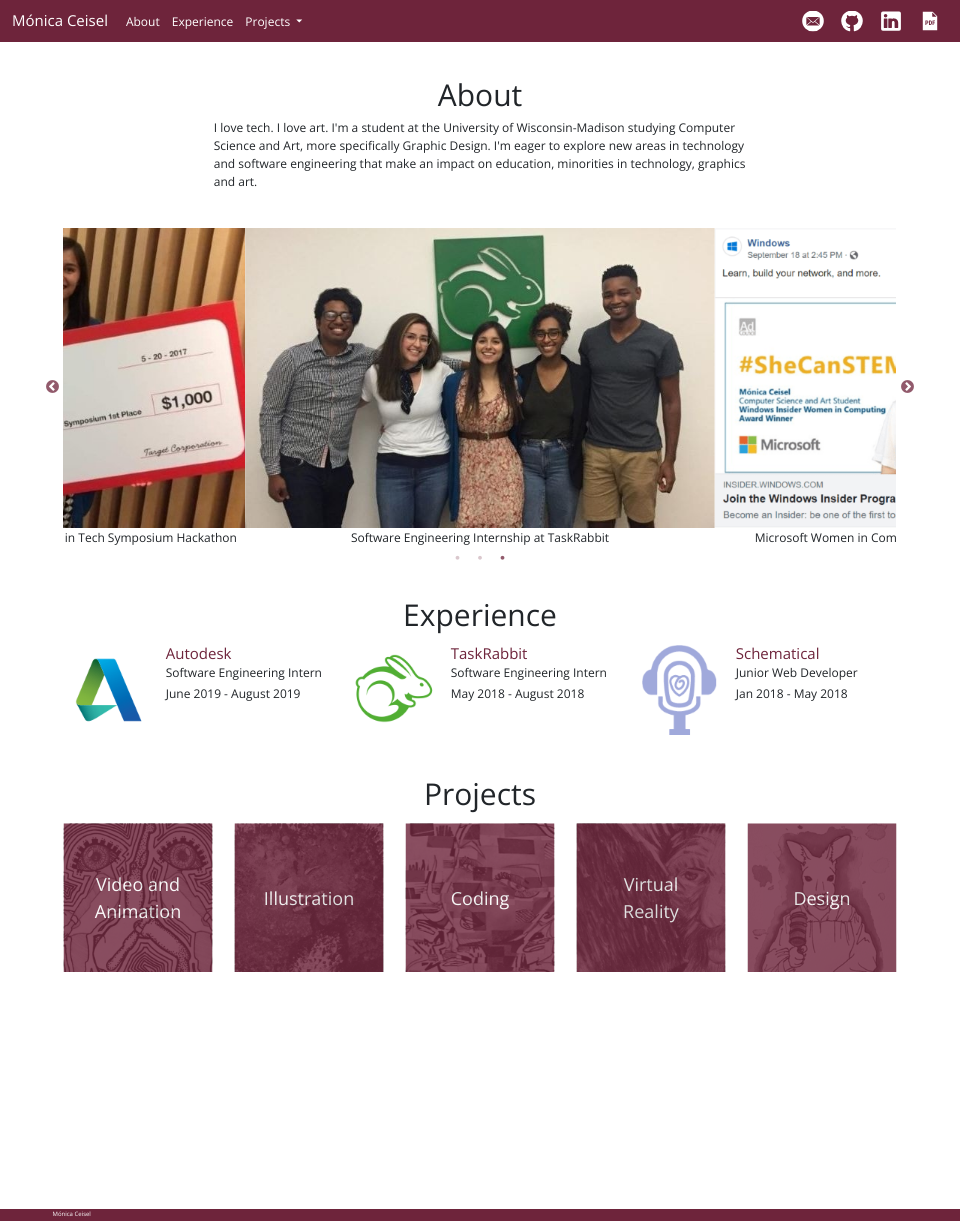
Repository: ceiselm/ceiselm.github.io
Page: index.html
An editor plug-in stored every save of this project. The page is shown before and after the next save, followed by the edit.
The browser window is 1280 px wide. The pictures show the whole page, at 75% of full size.

Above is the page before, as saved 2019-07-12 06:55:47.

### index.html
<!DOCTYPE html>
<html lang="en">

<head>
  <meta charset="utf-8">
  <meta http-equiv="X-UA-Compatible" content="IE=edge">
  <meta name="viewport" content="width=device-width, initial-scale=1">
  <title>M&oacute;nica Ceisel</title>
  <!-- Bootstrap -->
  <link href="css/bootstrap-4.2.1.css" rel="stylesheet">
  <!-- slick -->
  <link rel="stylesheet" type="text/css" href="slick/slick.css" />
  <!-- Add the new slick-theme.css if you want the default styling -->
  <link rel="stylesheet" type="text/css" href="slick/slick-theme.css" />
  <!-- font -->
  <link href="https://fonts.googleapis.com/css?family=Open+Sans&display=swap" rel="stylesheet">
  <!-- overwrites -->
  <link href="css/home.css" rel="stylesheet">
</head>

<body>
  <nav class="navbar navbar-expand-lg navbar-dark bg-dark">
    <a class="navbar-brand" href="./index.html">M&oacute;nica Ceisel</a>
    <button class="navbar-toggler" type="button" data-toggle="collapse" data-target="#navbarSupportedContent"
      aria-controls="navbarSupportedContent" aria-expanded="false" aria-label="Toggle navigation">
      <span class="navbar-toggler-icon"></span>
    </button>
    <div class="collapse navbar-collapse" id="navbarSupportedContent">
      <ul class="navbar-nav mr-auto">
        <li class="nav-item">
          <a class="nav-link" href="#startAbout">About</a>
        </li>
        <li class="nav-item">
          <a class="nav-link" href="#startExperience">Experience</a>
        </li>
        <li class="nav-item dropdown">
          <a class="nav-link dropdown-toggle" href="#" id="navbarDropdown" role="button" data-toggle="dropdown"
            aria-haspopup="true" aria-expanded="false">
            Projects
          </a>
          <div class="dropdown-menu" aria-labelledby="navbarDropdown">
            <a class="dropdown-item" href="./subpages/coding.html">Coding</a>
            <div class="dropdown-divider"></div>
            <a class="dropdown-item" href="./subpages/illustration.html">Illustration</a>
            <a class="dropdown-item" href="./subpages/design.html">Design</a>
            <a class="dropdown-item" href="./subpages/virtualreality.html">Virtual Reality</a>
            <a class="dropdown-item" href="./subpages/videoandanimation.html">Video and Animation</a>
          </div>
        </li>
      </ul>
    </div>
    <!--		HAVE ICONS APPEAR ON BOTTOM FOR RESPONSIVE!-->
    <div class="navabar navbar-collapse">
      <ul class="navbar-nav ml-auto">
        <li class="nav-item">
          <a target="_blank" href="mailto:ceiselm@gmail.com"><img class="contact-icon" src="images/social/mail.svg"
              title="ceiselm@gmail.com" alt="mail"></a>
          <a target="_blank" href="https://github.com/ceiselm"><img class="contact-icon" src="images/social/github.svg"
              title="ceiselm" alt="github"></a>
          <a target="_blank" href="https://www.linkedin.com/in/monicaceisel/"><img class="contact-icon" src="images/social/linkedin.svg"
              title="monicaceisel" alt="linkedin"></a>
          <!-- <a target="_blank" href="https://twitter.com/Momonimations"><img class="contact-icon" src="images/social/twitter.svg" title="Momonimations" alt="twitter"></a> -->
          <a target="_blank" href="https://drive.google.com/file/d/1QmD4gdm7__M2SBpGTWKV59mZdb-YG6Mg/view?usp=sharing"><img
              class="contact-icon" src="images/social/pdf.svg" title="Resume" alt="resume"></a>
        </li>
      </ul>
    </div>
  </nav>
  <!-- <hr> -->
  <div class="portion">
    <section>
      <div class="text-center mt-2">
        <div class="container">
          <div class="row">
            <div class="col-12">
              <h1 id="startAbout">About</h1>
              <div class="container">
                <div class="row justify-content-center">
                  <div class="col col-md-8">
                    <p align="left">I love tech. I love art. I'm a student at the University of Wisconsin-Madison
                      studying Computer Science and Art,
                      more specifically Graphic Design. I'm eager to explore new areas in technology and software
                      engineering that
                      make an impact on education, minorities in technology, graphics and art.
                    </p>
                  </div>
                </div>
              </div>
              <!--				https://insider.windows.com/en-us/community-news/how-this-coder-artist-grew-superpowers-to-create/-->
              <!--				https://insider.windows.com/en-us/community-news/extraordinary-women-in-computing/-->

              <!-- <div class="wrapper"> -->
              <div class="portion">
                <div class="slides">
                  <div><img class="slide-item" src="images/carousel/Microsoft.png" alt="First slide">Microsoft Women in
                    Computing Award Winner</div>
                  <div><img class="slide-item" src="images/carousel/Target.jpg" alt="Second slide">1st Place for the
                    Target Women in Tech Symposium Hackathon</div>
                  <div><img class="slide-item" src="images/carousel/TaskRabbit.jpg" alt="Third slide">Software
                    Engineering Internship at TaskRabbit</div>
                </div>
              </div>
            </div>
          </div>
        </div>
      </div>
    </section>
  </div>
  <!-- <hr> -->
  <div class="portion">
    <section>
      <div class="container">
        <div class="row">
          <div class="col-12 text-center">
            <h1 id="startExperience">Experience</h1>
            <!-- <p>Lorem ipsum dolor sit amet, consectetur adipisicing elit. Quibusdam, magni, doloribus, possimus eum sapiente deleniti doloremque fugit ut expedita molestiae iusto debitis eveniet modi obcaecati ipsam quos quis labore dicta.</p> -->
          </div>
        </div>
      </div>
    </section>
    <section>
      <div class="container mt-2">
        <div class="row">
          <div class="col-md-4 col-12">
            <ul class="list-unstyled">
              <li class="media">
                <img class="mr-3" src="images/companies/120px-Autodesk_logo.svg.png" alt="Generic placeholder image">
                <div class="media-body">
                  <h5 class="mt-0 mb-1"><a href="https://www.autodesk.com/">Autodesk</a></h5>
                  <h6>Software Engineering Intern</h6>
                  <h6>June 2019 - August 2019</h6>
                </div>
              </li>
            </ul>
          </div>
          <div class="col-md-4 col-12">
            <ul class="list-unstyled">
              <li class="media">
                <img class="mr-3" src="images/companies/taskrabbit_logo.png" alt="Generic placeholder image">
                <div class="media-body">
                  <h5 class="mt-0 mb-1"><a href="https://www.taskrabbit.com/">TaskRabbit</a></h5>
                  <h6>Software Engineering Intern</h6>
                  <h6>May 2018 - August 2018</h6>
                </div>
              </li>
            </ul>
          </div>
          <div class="col-md-4 col-12">
            <ul class="list-unstyled">
              <li class="media">
                <img class="mr-3" src="images/companies/castdex_logo.png" alt="Generic placeholder image">
                <div class="media-body">
                  <h5 class="mt-0 mb-1"><a href="http://www.castdex.com/">Schematical</a></h5>
                  <h6>Junior Web Developer</h6>
                  <h6>Jan 2018 - May 2018</h6>
                </div>
              </li>
            </ul>
          </div>
        </div>
      </div>
    </section>
  </div>
  <!-- <hr> -->
  <div class="portion">
    <section>
      <div class="container">
        <div class="row">
          <div class="col-12 text-center">
            <h1>Projects</h1>
            <!-- <p>Lorem ipsum dolor sit amet, consectetur adipisicing elit. Officia, et, placeat !</p> -->
          </div>
        </div>
        <div class="row mt-2">

          <div class="col-md mt-md-0 mt-1">
            <a href="#">
              <img class="image img-fluid float-right" src="images/buttons/Button03.png" alt="">
              <div class="overlay">
                <div class="text">Video and Animation</div>
              </div>
            </a>
          </div>

          <div class="col-md mt-md-0 mt-1">
            <a href="#">
              <img class="image img-fluid float-left" src="images/buttons/Button01.png" alt="">
              <div class="overlay">
                <div class="text">Illustration</div>
              </div>
            </a>
          </div>

          <div class="col-md mt-md-0 mt-1">
            <a href="#">
              <img class="image img-fluid float-left" src="images/buttons/Button05.png" alt="" href="#">
              <div class="overlay">
                <div class="text">Coding</div>
              </div>
            </a>
          </div>
          <div class="col-md mt-md-0 mt-1">
            <a href="#">
              <img class="image img-fluid float-right" src="images/buttons/Button04.png" alt="" href="#">
              <div class="overlay">
                <div class="text">Virtual Reality</div>
              </div>
            </a>
          </div>
          <div class="col-md mt-md-0 mt-1">
            <a href="#">
              <img class="image img-fluid float-left" src="images/buttons/Button02.png" alt="" href="#">
              <div class="overlay">
                <div class="text">Design</div>
              </div>
            </a>
          </div>
        </div>
      </div>
    </section>
  </div>

  <div class="portion">
        <div class="footer">
          <div class="container">
            <div class="row footer-text">
              M&oacute;nica Ceisel
            </div>
          </div>
        </div>
    <!-- <div class="footer"></div> -->
  </div>
  <!-- jQuery (necessary for Bootstrap's JavaScript plugins) -->
  <script src="js/jquery-3.3.1.min.js"></script>
  <!-- Include all compiled plugins (below), or include individual files as needed -->
  <script src="js/popper.min.js"></script>
  <script src="js/bootstrap-4.2.1.js"></script>
  <script src="js/index.js"></script>
  <!-- slick -->
  <script type="text/javascript" src="slick/slick.min.js"></script>
</body>

</html>

### css/home.css
@charset "utf-8";
/* CSS Document */

body {
  font-family: 'Open Sans', sans-serif;
}

.footer {
  left: 0;
  bottom: 0;
  width: 100%;
  background-color: #6E243B;
  color: white;
  text-align: center;
  height: 1rem;
}

.footer-text {
  margin-top: 25%;
  font-size: .5rem;
}

.contact-icon {
    height: 1.8em;
    width: 3em;

}

.contact-icon:hover {
    position: relative;
	opacity: .8;
}

.bg-dark {
  background-color: #6E243B !important;
}

.navbar-dark .navbar-nav .nav-link {
    color: rgba(255, 255, 255, 255);
}

h5 {
	color: #6E243B;
}

h5:hover, h5:link, h5:focus {
	color: #EDA200;
}

a {
	text-decoration: none !important;
	color: inherit;
}

a:hover, a:link, a:focus {
	color: inherit;
}

.image {
  position:relative;
  display: block;
  width: 100%;
  height: auto;
  opacity: 0.9;
  transition: 1s ease;
  -webkit-filter: grayscale(100%); /* Safari 6.0 - 9.0 */
  filter: grayscale(100%);
}

.overlay {
  position: relative;
  top: 0;
  bottom: 0;
  left: 0;
  right: 0;
  height: 100%;
  width: 100%;
  opacity: 0.8;
  background-color: #6E243B;
}

.col-md:hover .image {
  opacity: 1;
  -webkit-filter: grayscale(0%); /* Safari 6.0 - 9.0 */
  filter: grayscale(0%);
}

.col-md:hover .overlay {
  opacity: 0;
}


.text {
  color: white;
  font-size: 18pt;
  position: absolute;
  top: 50%;
  left: 50%;
  opacity: 1 !important;
  -webkit-transform: translate(-50%, -50%);
  -ms-transform: translate(-50%, -50%);
  transform: translate(-50%, -50%);
  text-align: center;
}


.slide-item {
  width: 100%;
}


.slick-prev:before {
  color: #6E243B;
}

.slick-next:before {
  color: #6E243B;
}

.slick-dots li.slick-active button::before {
  color: #6E243B;
}

.slick-dots li button::before {
  color: #6E243B;
}

.portion {
  padding-top: 3%;
}

### js/index.js
$(document).ready(function(){
  $('.slides').slick({
    centerMode: true,
    centerPadding: '60px',
    slidesToShow: 1,
    slidesToScroll: 1,
    adaptiveHeight: true,
    dots: true,
    arrows: true,
    variableWidth: true,
    autoplay: true,
    autoplaySpeed: 2000,
    responsive: [
      {
        breakpoint: 768,
        settings: {
          arrows: false,
          centerMode: true,
          centerPadding: '40px',
          slidesToShow: 1
        }
      },
      {
        breakpoint: 480,
        settings: {
          arrows: false,
          centerMode: true,
          centerPadding: '40px',
          slidesToShow: 1
        }
      }
    ]

  });
});

Loaded but not shown: css/bootstrap-4.2.1.css (library); slick/slick.css (common file); slick/slick-theme.css (library); js/jquery-3.3.1.min.js (library); js/popper.min.js (library); js/bootstrap-4.2.1.js (library); slick/slick.min.js (library)

After the next save:
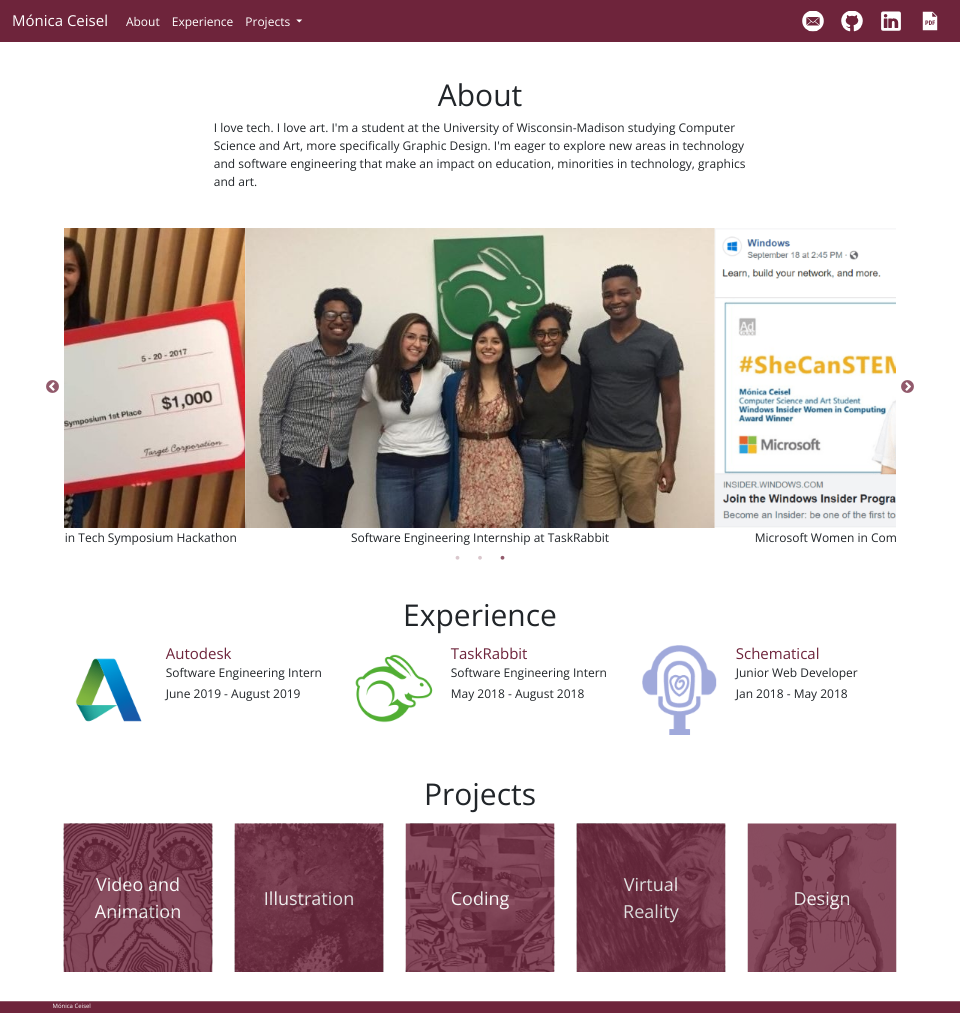
Saved 9 s later.
--- a/css/home.css
+++ b/css/home.css
@@ -16,7 +16,6 @@
 }
 
 .footer-text {
-  margin-top: 25%;
   font-size: .5rem;
 }
 
